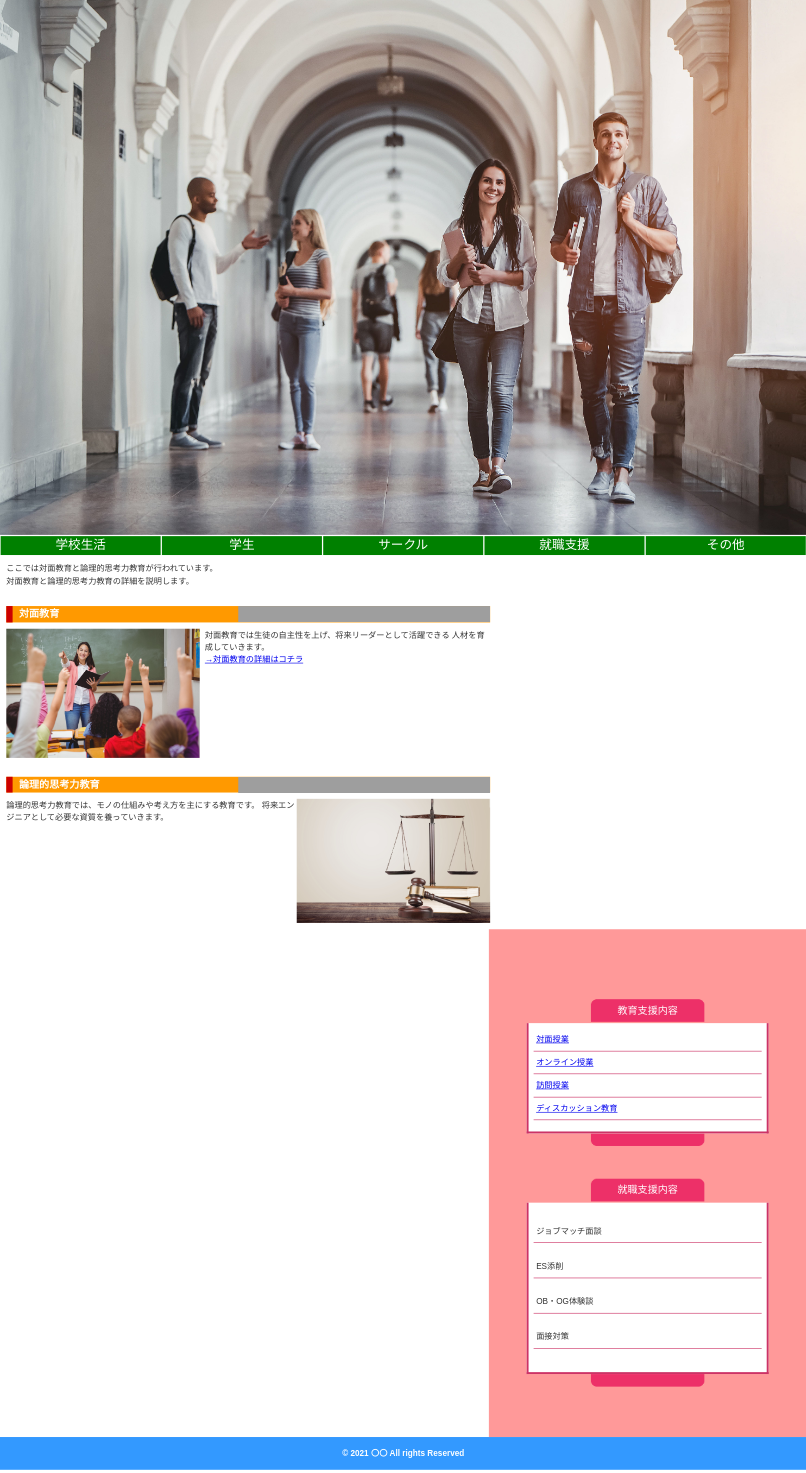
Repository: Ossan-gon/samurai_HTML-CSS
Page: home.html
The author's editor kept a record of every edit. The page is drawn from the files as they stood at one moment, then again after the next edit.
The browser window is 1280 px wide. The pictures show the whole page, at 63% of full size.
Pictures or frames that could not be fetched are drawn as grey boxes.

Above is the page before.

After the next edit:
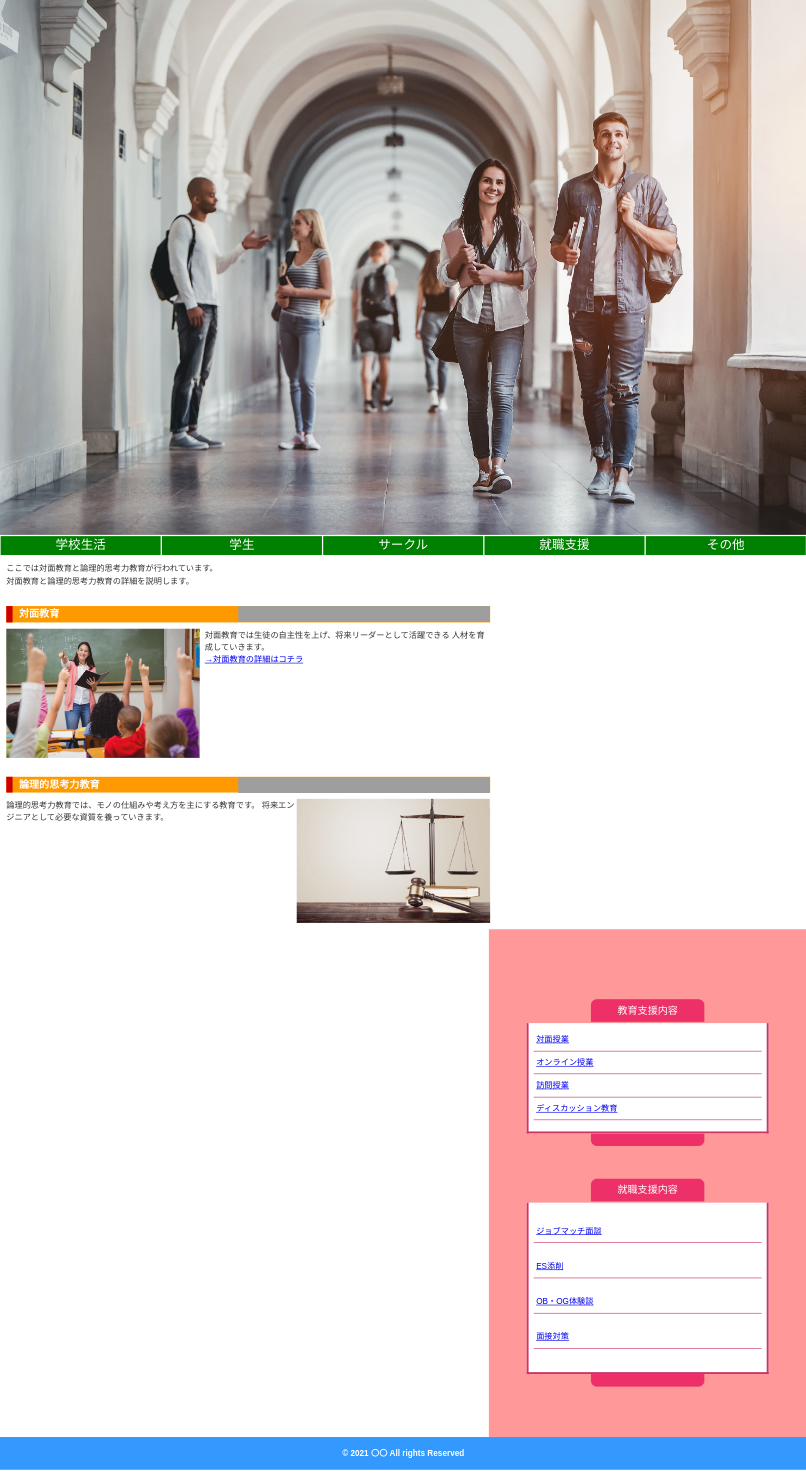
The edit:
--- a/home.html
+++ b/home.html
@@ -72,10 +72,10 @@
                <h2>就職支援内容</h2>
                     <div class="boxBody">
                         <ul>
-                    　　    <li>ジョブマッチ面談</li>
-                    　　    <li>ES添削</li>
-                    　　    <li>OB・OG体験談</li>
-                    　　    <li>面接対策</li>
+                    　　  <li><a href="home.html">ジョブマッチ面談</a></li>
+                    　　  <li><a href="#">ES添削</a></li>
+                    　　  <li><a href="#">OB・OG体験談</a></li>
+                    　　  <li><a href="#">面接対策</a></li>
                         </ul>
                 　　</div>
            </div>

After the edit that followed:
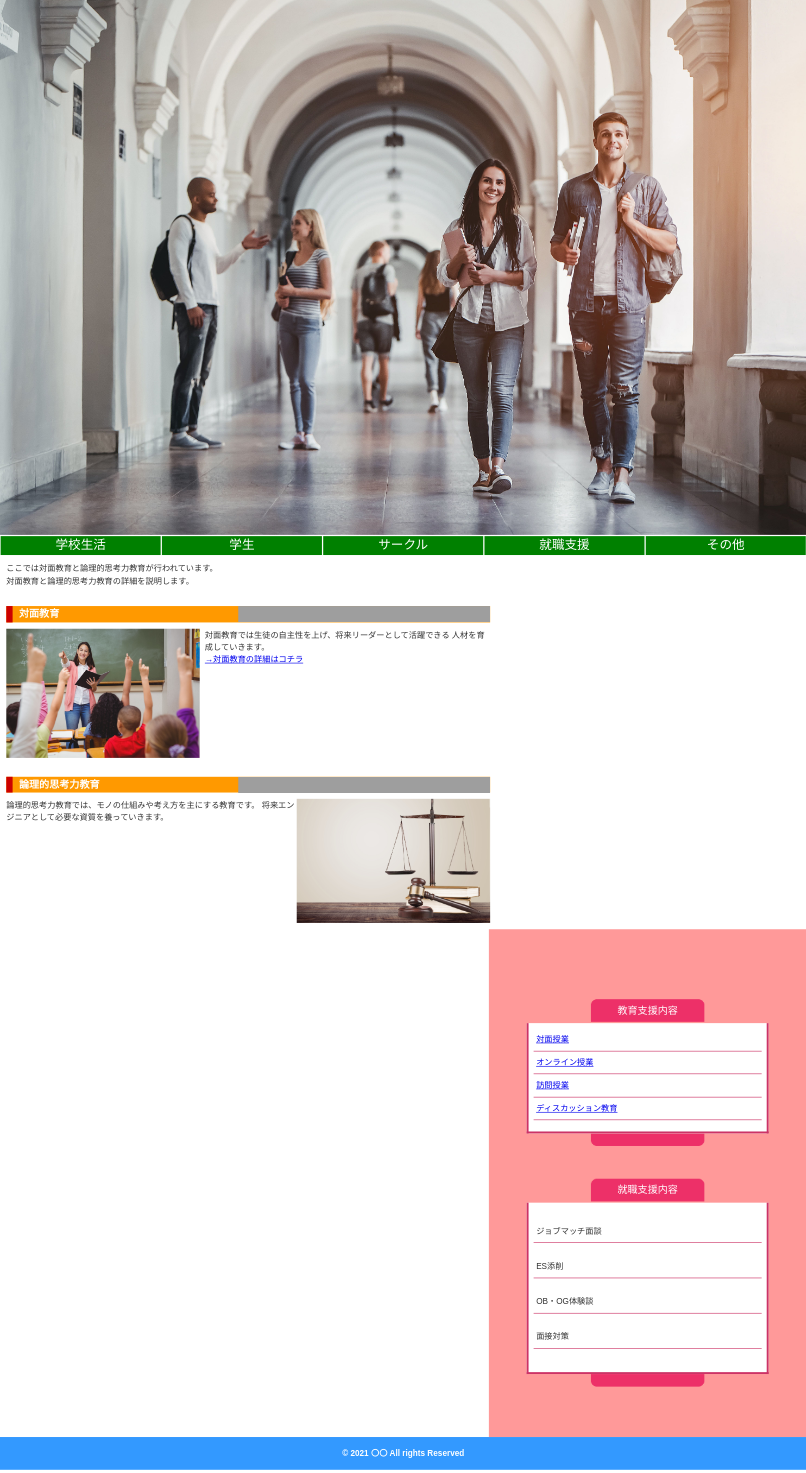
The edit:
--- a/home.html
+++ b/home.html
@@ -72,10 +72,10 @@
                <h2>就職支援内容</h2>
                     <div class="boxBody">
                         <ul>
-                    　　  <li><a href="home.html">ジョブマッチ面談</a></li>
-                    　　  <li><a href="#">ES添削</a></li>
-                    　　  <li><a href="#">OB・OG体験談</a></li>
-                    　　  <li><a href="#">面接対策</a></li>
+                    　　  <li>ジョブマッチ面談</a></li>
+                    　　  <li>ES添削</a></li>
+                    　　  <li>OB・OG体験談</a></li>
+                    　　  <li>面接対策</a></li>
                         </ul>
                 　　</div>
            </div>
